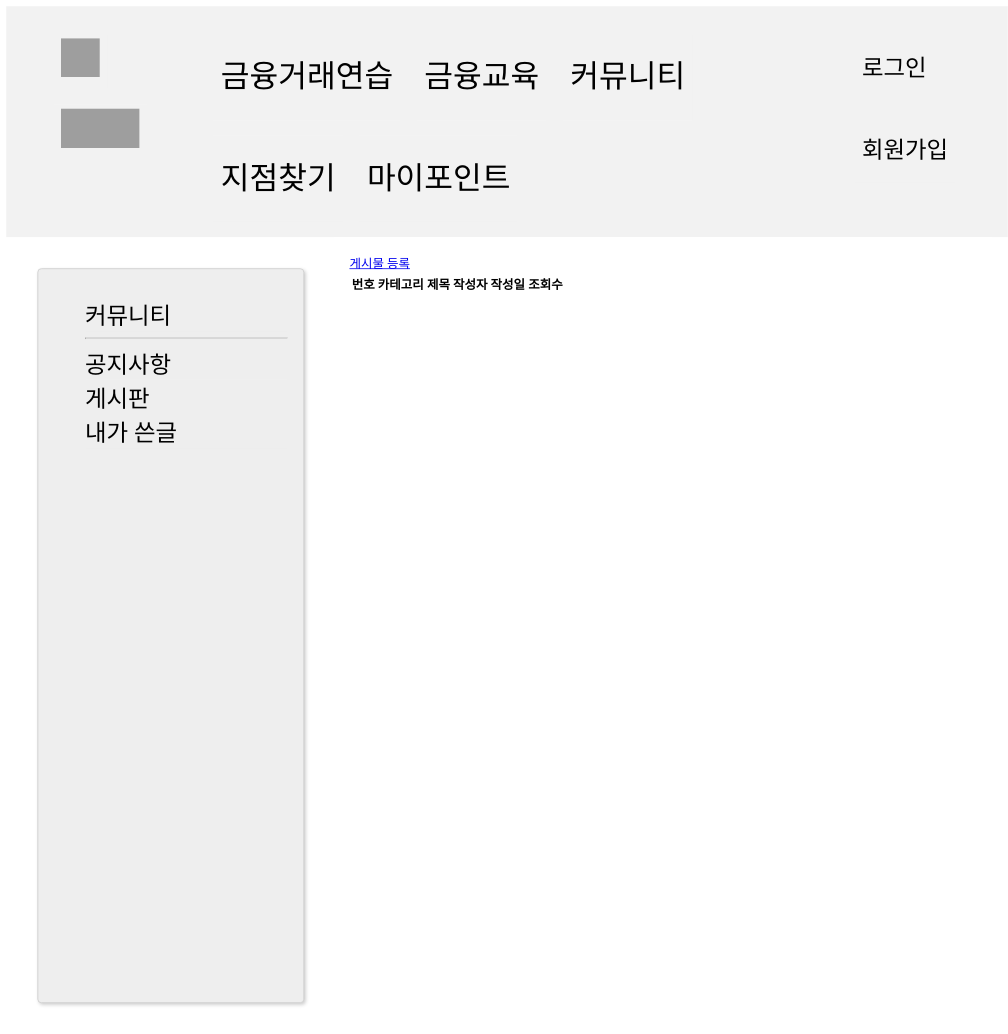
Repository: syc98syc/KB04_TeamProject
Page: http://localhost/jgig/WEB-INF/jsp/board/list.jsp
These files come from the project's save history. The page is drawn as it stood at one moment and after the next save; the edit follows.
The browser window is 1280 px wide. The page is 1292 px wide, so the pictures cover 1292 px, including what lies to the right of the window. The pictures show the whole page, at 78% of full size.
Pictures or frames that could not be fetched are drawn as grey boxes. Some web fonts or font styles are not loaded; a fallback is used. The page is served by Tomcat 9. Nobody is signed in. Other server files are loaded and not shown. The template is opened directly, without the code that normally fills it, so the values that code supplies are empty.

Above is the page before, as saved 2023-09-06 06:00:30.

### jgig/src/main/webapp/WEB-INF/jsp/board/list.jsp
<%@ page language="java" contentType="text/html; charset=UTF-8"
    pageEncoding="UTF-8"%>
<%@ taglib uri="http://java.sun.com/jsp/jstl/core" prefix="c" %>
<!DOCTYPE html>
<html>
<head>
<meta charset="UTF-8">
<title>웹게시물 목록</title>
<style>
#content {
 	margin-left: 420px; /* 사이드바 너비 + 여백만큼 오른쪽으로 밀어줍니다. */
    flex-grow: 1; /* 남은 공간을 모두 차지하도록 설정 */
    background-color: #fff; /* 배경색 설정 */
    padding: 20px; /* 내부 여백 설정 */
}
</style>
</head>
<body>
<%@ include file="../include/top_navbar.jsp" %>
<%@ include file="../include/left_navbar.jsp" %>
<div id="content">
	<a href="/board_insert_form">게시물 등록</a> <br>
	<table>
		<tr>
		<th>번호</th>
		<th>카테고리</th>
		<th>제목</th>
		<th>작성자</th>
		<th>작성일</th>
		<th>조회수</th>
		<c:forEach items="${board_list}" var="brd">
		<tr>
			<td>${brd.brd_id }</td>
			<td>${brd.brd_category }</td>
			<td><a href="board_detail?no=${brd.brd_id}">${brd.title}</a></td>
			<td>${brd.mem_id }</td>
			<td>${brd.brd_date_created }</td>
			<td>${brd.brd_view }</td>
		</tr>
		</c:forEach>
	</table>
</div>
</body>
</html>

### jgig/src/main/webapp/WEB-INF/jsp/include/top_navbar.jsp
<%@ page language="java" contentType="text/html; charset=UTF-8"
    pageEncoding="UTF-8"%>
<!DOCTYPE html>
<html>
<head>
<meta charset="UTF-8">
<title>Insert title here</title>
<style>
@import url('https://fonts.googleapis.com/css2?family=Nanum+Gothic+Coding:wght@700&display=swap');  /* 글꼴 */

/* 상단 메뉴 스타일 */
        #top-menu {
            background-color: #F2F2F2;
            color: #fff;
            padding: 10px;
            width: 100%;
             display: flex;
  justify-content: center;
        }


    #img1 {
		width: 7vmin;
		height: 7vmin;
	}


	#img2 {
		width: 14vmin;
		height: 7vmin;
	}

	#top-menu a {
    color: #000; /* 링크 글꼴 색상 설정 */
    text-decoration: none; /* 링크 밑줄 제거 */
}

	#top-menu ul{
		list-style: none;
	}
	#top-menu li{
		font-family: 'Nanum Gothic Coding', cursive;
		float: left;
		background: #F2F2F2;
		padding:5px 10px;
		font-size: 40px;
		margin: 10px;
	}

	#top-menu ul li a{
		line-height: 2.5;
	}

	#nav3 ul li{
		font-size:30px;
	}
</style>
</head>
<body>
	<div id = "top-menu">
		<nav id = "nav1">
				<ul>
					<li><img id="img1" src="resources/img/KB.png"></li>
					<li><img id="img2" src="resources/img/지금입금.png"></li>
				</ul>
		</nav id = "nav2">
		<nav>
				<ul>
					<li class="menu1"><a href="#">금융거래연습</a></li>
					<li class="menu2"><a href="#">금융교육</a></li>
					<li class="menu3"><a href="#">커뮤니티</a></li>
					<li class="menu4"><a href="#">지점찾기</a></li>
					<li class="menu5"><a href="#">마이포인트</a></li>
				</ul>
		</nav>
		<nav id = "nav3">
				<ul>
					<li class="menu6"><a href="#">로그인</a></li>
					<li class="menu7"><a href="#">회원가입</a></li>
				</ul>
		</nav>
	</div>

</body>
</html>

### jgig/src/main/webapp/WEB-INF/jsp/include/left_navbar.jsp
<%@ page language="java" contentType="text/html; charset=UTF-8"
    pageEncoding="UTF-8"%>
<!DOCTYPE html>
<html>
<head>
<meta charset="UTF-8">
<title>Insert title here</title>
<style>
/* 좌측 사이드바 스타일 */
#sidebar {
    width: 300px; /* 박스 컨테이너의 너비 설정 */
    height: 900px; /* 박스 컨테이너의 높이 설정 */
    background-color: #eee; /* 배경색 설정 */
    color: #000; /* 글꼴 색상 설정 */
    padding: 20px; /* 내부 여백 설정 */
    border: 1px solid #ccc; /* 박스 컨테이너의 테두리 설정 */
    border-radius: 5px; /* 박스 컨테이너의 모서리를 둥글게 설정 */
    box-shadow: 2px 2px 5px rgba(0, 0, 0, 0.2); /* 그림자 효과 추가 */
    line-height: normal;
    display: inline-block;
    vertical-align: middle;
    margin: 40px;
    float: left; /*왼쪽에 떠있게*/
}

/* 좌측 사이드바 링크 스타일 */
#sidebar a {
    color: #000; /* 링크 글꼴 색상 설정 */
    text-decoration: none; /* 링크 밑줄 제거 */
}

/* 좌측 사이드바 링크 호버 스타일 */
#sidebar a:hover {
    text-decoration: underline; /* 호버 상태에서 밑줄 추가 */
}

/* 좌측 사이드바 제목 스타일 */
#sidebar h2 {
    font-size: 24px; /* 제목 글꼴 크기 설정 */
}
	ul{
		list-style: none;
	}
	li{
		display: block; /* 각 <li> 요소를 한 줄에 하나씩 표시 */
		background: #eee;
		font-size: 30px;
	}
</style>
</head>
<body>
	<div id = "sidebar">
		<nav>
				<ul>
					<li>커뮤니티</li> <hr>
					<li class="menu1"><a href="#">공지사항</a></li>
					<li class="menu2"><a href="#">게시판</a></li>
					<li class="menu3"><a href="#">내가 쓴글</a></li>
				</ul>
		</nav>
	</div>

</body>
</html>

After the next save:
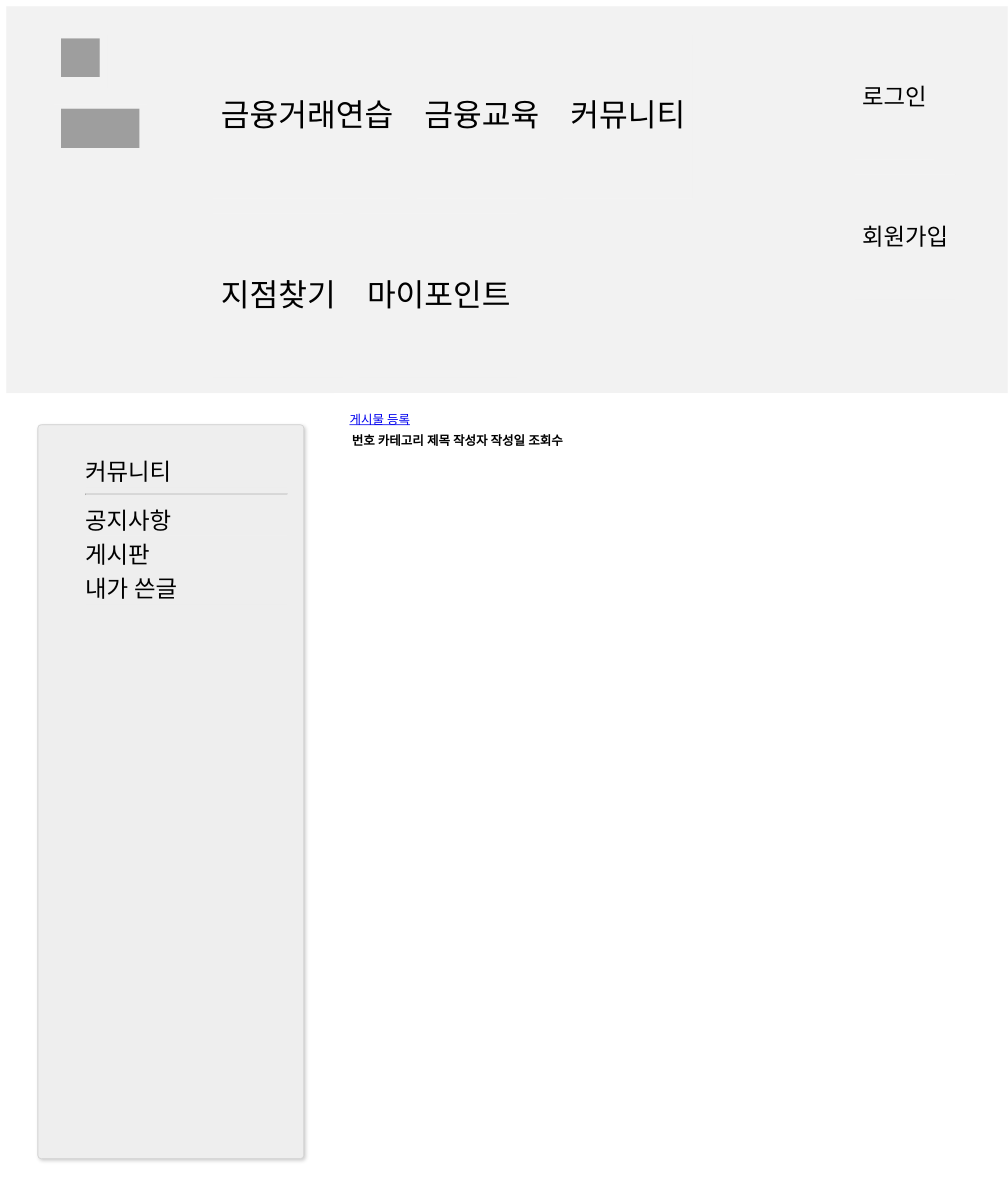
Saved 26 s later.
--- a/jgig/src/main/webapp/WEB-INF/jsp/include/top_navbar.jsp
+++ b/jgig/src/main/webapp/WEB-INF/jsp/include/top_navbar.jsp
@@ -48,7 +48,7 @@
 	}
 
 	#top-menu ul li a{
-		line-height: 2.5;
+		line-height: 5;
 	}
 
 	#nav3 ul li{

After the save that followed:
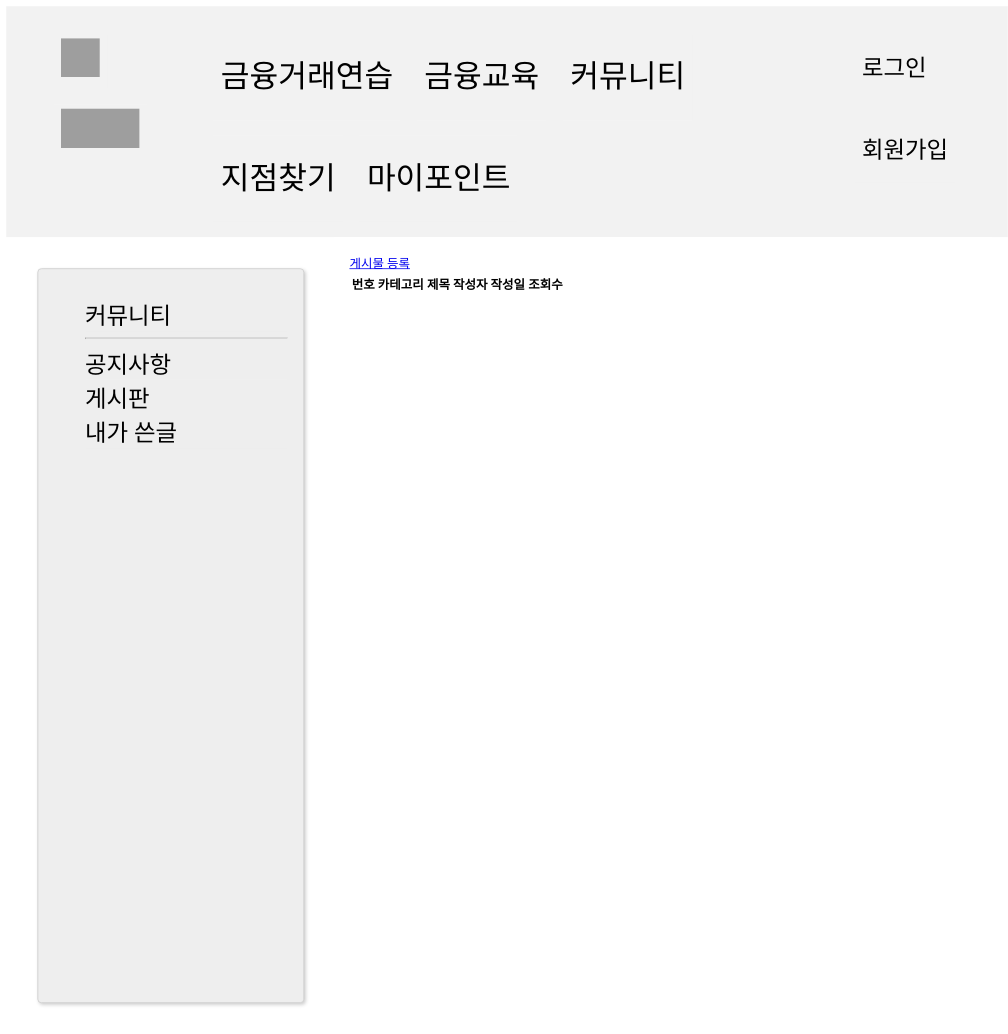
Saved 10 s later.
--- a/jgig/src/main/webapp/WEB-INF/jsp/include/top_navbar.jsp
+++ b/jgig/src/main/webapp/WEB-INF/jsp/include/top_navbar.jsp
@@ -48,7 +48,7 @@
 	}
 
 	#top-menu ul li a{
-		line-height: 5;
+		line-height: 2.5;
 	}
 
 	#nav3 ul li{
